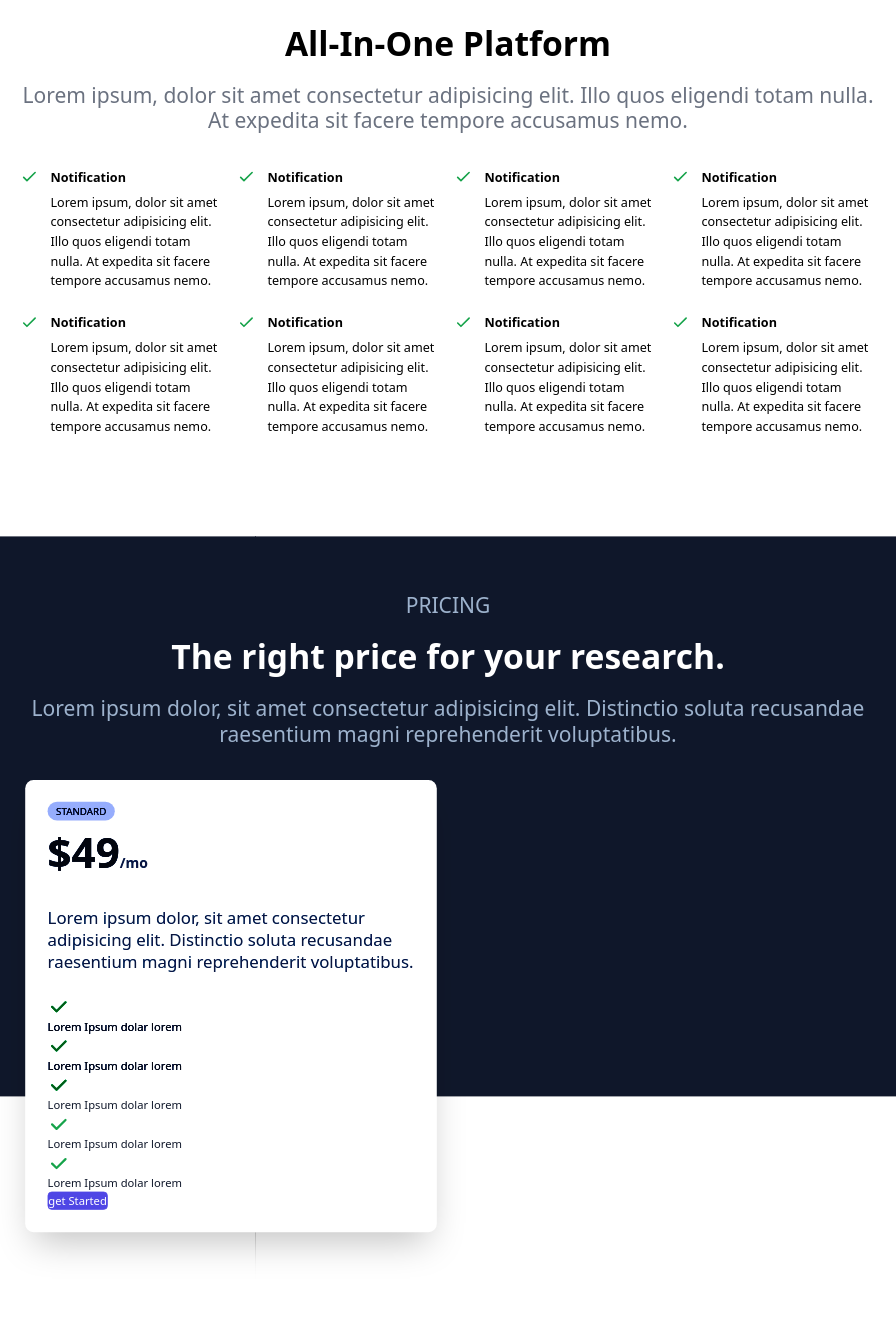
Repository: adrcstro/react-project-2
Page: /
The author's editor kept a copy of each file at every save. The page is drawn from the files as they stood at one save, then again after the next save.
The browser window is 1280 px wide. The pictures show the part of the page from y = 2236 to 4156 px (the page is 4156 px tall before and 4036 px after), at 70% of full size.
The project was rebuilt for these pictures with package versions that can differ from the ones it lists, and the page was loaded fresh each time.

Above is the page before, as saved 2024-08-16 07:59:33.

### src/index.js
import React from 'react';
import ReactDOM from 'react-dom/client';
import './index.css';
import App from './App';

const root = ReactDOM.createRoot(document.getElementById('root'));
root.render(

    <App />

);

### src/index.css
@tailwind base;
@tailwind components;
@tailwind utilities;

@layer base{
    li{
       @apply p-4
    }
    button{
        @apply text-white border bg-indigo-600 border-indigo-600
        hover:bg-transparent hover:text-indigo-600 rounded-md
    }
}

### src/App.js
import About from "./components/About";
import AllinOne from "./components/AllinOne";
import Hero from "./components/Hero";
import Navbar from "./components/Navbar";
import Pricing from "./components/Pricing";
import Support from "./components/Support";



function App() {
  return (
    <>
<Navbar/>
<Hero/>
<About />
<Support />
<AllinOne/>
<Pricing />
    </>

  );
}

export default App;

### src/components/About.jsx
import React from 'react'

function About() {
  return (
    <div className='w-full my-32'>
        <div className='max-w-[1240px] mx-auto'>
          <div className='text-center'>
            <h2 className='text-5xl font-bold'>Trusted by developers across the world</h2>
            <p className='text-3xl py6 text-gray-500 px-3'>Trusted by developers across the world, our platform stands as a reliable choice for building robust
             applications. With a global community of skilled professionals.</p>
          </div>

          <div className='grid md:grid-cols-3 gap-3 px-2 text-center mt-4'>
             <div className='border py-8 rounded-xl shadow-xl'>
              <p className='text-6xl font-bold text-indigo-600'>100%</p>
              <p className='text-gray-400 mt-2'>Completion</p>
             </div>
             <div className='border py-8 rounded-xl shadow-xl'>
              <p className='text-6xl font-bold text-indigo-600'>24/7</p>
              <p className='text-gray-400 mt-2'>Delivery</p>
             </div>
             <div className='border py-8 rounded-xl shadow-xl'>
              <p className='text-6xl font-bold text-indigo-600'>100K</p>
              <p  className='text-gray-400 mt-2'>Transaction</p>
             </div>
          </div>
        </div>
    </div>
  )
}

export default About

### src/components/AllinOne.jsx
import React from 'react'
import { CheckIcon } from '@heroicons/react/outline'
function AllinOne() {
  return (
    <div className='w-full my-32'>
        <div className='max-w-[1240px] mx-auto px-2'>
            <h2 className='text-5xl font-bold text-center'>All-In-One Platform</h2>
            <p className='text-3xl py-8 text-gray-500 text-center'>Lorem ipsum, dolor sit amet consectetur adipisicing elit. Illo quos eligendi
            totam nulla. At expedita sit facere tempore accusamus nemo.</p>
        <div className='grid sm:grid-cols-2 lg:grid-cols-4 gap-4 pt-4'>

            <div>
                <div className='flex'>
                <div>
                <CheckIcon className='w-7 mr-4 text-green-600'/>
                </div>
                    <div className=''>
                        <h3 className='font-bold text-lg'>Notification</h3>
                        <p className='text-lg pt-2 pb-4'>Lorem ipsum, dolor sit amet consectetur adipisicing elit. Illo quos eligendi
                        totam nulla. At expedita sit facere tempore accusamus nemo.</p>
                    </div>
                </div>
            </div>
            <div>
                <div className='flex'>
                <div>
                <CheckIcon className='w-7 mr-4 text-green-600'/>
                </div>
                    <div className=''>
                        <h3 className='font-bold text-lg'>Notification</h3>
                        <p className='text-lg pt-2 pb-4'>Lorem ipsum, dolor sit amet consectetur adipisicing elit. Illo quos eligendi
                        totam nulla. At expedita sit facere tempore accusamus nemo.</p>
                    </div>
                </div>
            </div>
            <div>
                <div className='flex'>
                <div>
                <CheckIcon className='w-7 mr-4 text-green-600'/>
                </div>
                    <div className=''>
                        <h3 className='font-bold text-lg'>Notification</h3>
                        <p className='text-lg pt-2 pb-4'>Lorem ipsum, dolor sit amet consectetur adipisicing elit. Illo quos eligendi
                        totam nulla. At expedita sit facere tempore accusamus nemo.</p>
                    </div>
                </div>
            </div>
            <div>
                <div className='flex'>
                <div>
                <CheckIcon className='w-7 mr-4 text-green-600'/>
                </div>
                    <div className=''>
                        <h3 className='font-bold text-lg'>Notification</h3>
                        <p className='text-lg pt-2 pb-4'>Lorem ipsum, dolor sit amet consectetur adipisicing elit. Illo quos eligendi
                        totam nulla. At expedita sit facere tempore accusamus nemo.</p>
                    </div>
                </div>
            </div>
            <div>
                <div className='flex'>
                <div>
                <CheckIcon className='w-7 mr-4 text-green-600'/>
                </div>
                    <div className=''>
                        <h3 className='font-bold text-lg'>Notification</h3>
                        <p className='text-lg pt-2 pb-4'>Lorem ipsum, dolor sit amet consectetur adipisicing elit. Illo quos eligendi
                        totam nulla. At expedita sit facere tempore accusamus nemo.</p>
                    </div>
                </div>
            </div>
            <div>
                <div className='flex'>
                <div>
                <CheckIcon className='w-7 mr-4 text-green-600'/>
                </div>
                    <div className=''>
                        <h3 className='font-bold text-lg'>Notification</h3>
                        <p className='text-lg pt-2 pb-4'>Lorem ipsum, dolor sit amet consectetur adipisicing elit. Illo quos eligendi
                        totam nulla. At expedita sit facere tempore accusamus nemo.</p>
                    </div>
                </div>
            </div>
            <div>
                <div className='flex'>
                <div>
                <CheckIcon className='w-7 mr-4 text-green-600'/>
                </div>
                    <div className=''>
                        <h3 className='font-bold text-lg'>Notification</h3>
                        <p className='text-lg pt-2 pb-4'>Lorem ipsum, dolor sit amet consectetur adipisicing elit. Illo quos eligendi
                        totam nulla. At expedita sit facere tempore accusamus nemo.</p>
                    </div>
                </div>
            </div>
            <div>
                <div className='flex'>
                <div>
                <CheckIcon className='w-7 mr-4 text-green-600'/>
                </div>
                    <div className=''>
                        <h3 className='font-bold text-lg'>Notification</h3>
                        <p className='text-lg pt-2 pb-4'>Lorem ipsum, dolor sit amet consectetur adipisicing elit. Illo quos eligendi
                        totam nulla. At expedita sit facere tempore accusamus nemo.</p>
                    </div>
                </div>
            </div>

        </div>
        </div>
    </div>
  )
}

export default AllinOne

### src/components/Hero.jsx
import React from 'react'
import {
  CloudUploadIcon,
  DatabaseIcon,
  PaperAirplaneIcon,
  ServerIcon,
} from '@heroicons/react/solid'

import bgImg from '../assets/cyber-bg.png'

function Hero() {
  return (
    <div className='w-full h-screen bg-zinc-200 flex flex-col justify-between'>
<div className='grid md:grid-cols-2 max-w-[1240px] m-auto'>
       <div className='flex flex-col justify-center md:items-start w-full px-2 py-8'>
        <p className='text-2xl'>Unique Sequencing & Production</p>
        <h1 className='py-3 text-5xl md:text-7xl font-bold'>Cloud Management</h1>
        <p className='text-2xl'>This is our Tech brand</p>
        <button className='py-3 px-6 sm:w-[60%] my-4 '>Get Started</button>
       </div>
       <div>
    <img className='w-full' src={bgImg} alt='/' />
       </div>
<div className='absolute flex flex-col py-8 md:min-w-[760px] bottom-[5%] mx-1 md:left-1/2
transform md:-translate-x-1/2 bg-zinc-200 border border-slate-300 rounded-xl text-center shadow-xl'>
  <p>Data Services</p>
  <div className='flex justify-between flex-wrap px-4'>
    <p className='flex px-4 py-2 text-slate-500'><CloudUploadIcon className='h-6 text-indigo-600' /> App Security</p>
    <p className='flex px-4 py-2 text-slate-500'><DatabaseIcon className='h-6 text-indigo-600' /> Dashboard</p>
    <p className='flex px-4 py-2 text-slate-500'><PaperAirplaneIcon className='h-6 text-indigo-600' /> Cloud Data</p>
    <p className='flex px-4 py-2 text-slate-500'><ServerIcon className='h-6 text-indigo-600' /> API</p>
  </div>
</div>
</div>
    </div>
  )
}

export default Hero

### src/components/Navbar.jsx
import React ,{useState} from 'react'
import {MenuIcon, XIcon} from '@heroicons/react/outline'

function Navbar() {

const [nav, setNav] = useState(false)
const handleClick = () => setNav(!nav)



  return (
    <div className='w-screen h-[80px] z-10 bg-zinc-200 fixed drop-shadow-lg'>
    <div className='px-2 flex justify-between items-center  w-full h-full'>
<div className='flex items-center'>
  <h1 className='text-3xl font-bold mr-4 sm:text-4xl'>BRANS.</h1>
  <ul className='hidden  md:flex'>
<li>Home</li>
<li>About</li>
<li>Support</li>
<li>Platforms</li>
<li>Pricing</li>
  </ul>
</div>
<div className='hidden md:flex pr-4'>
  <button className='border-none bg-transparent text-black mr-4'>Sign In</button>
  <button className='px-8 py-3'>Sign Up</button>
</div>

    <div  className='md:hidden mr-4' onClick={handleClick}>
    {!nav ? <MenuIcon className="w-5"/> : <XIcon className='w-5'/>}

    </div>
    </div>
<ul className={!nav ? 'hidden' : 'absolute bg-zinc-200 w-full px-8'}>
<li className='border-b-2 border-zinc-300 w-full'>Home</li>
<li className='border-b-2 border-zinc-300 w-full'>About</li>
<li className='border-b-2 border-zinc-300 w-full'>Support</li>
<li className='border-b-2 border-zinc-300 w-full'>Platforms</li>
<li className='border-b-2 border-zinc-300 w-full'>Pricing</li>
<div className='flex flex-col my-4'>
<button className='bg-transparent  text-indigo-600 px-8 py-3 mb-4'>Sign In</button>
<button className='px-8 py-3'>Sign Up</button>
</div>
</ul>

    </div>

  )
}

export default Navbar

### src/components/Pricing.jsx
import React from 'react'
import { CheckIcon } from '@heroicons/react/solid'
function Pricing() {
  return (
    <div className='w-full text-white my-24'>
        <div className='w-full h-[800px] bg-slate-900 absolute mix-blend-overlay'></div>
        <div className='max-w-[1240px] mx-auto py-12'>
        <div className='text-center py-8 text-slate-300'>
            <h2 className='text-3xl uppercase' >Pricing</h2>
            <h3 className='text-5xl font-bold text-white py-8'>The right price for your
            research.</h3>
            <p className='text-3xl '>Lorem ipsum dolor, sit amet consectetur
             adipisicing elit. Distinctio soluta recusandae
             raesentium magni reprehenderit voluptatibus.</p>
        </div>

       <div className='grid md:grid-cols-2 '>
        <div className='bg-white text-slate-900 m-4 p-8 rounded-xl shadow-2xl'>
            <span className='uppercase px-3 py-1 bg-indigo-200 rounded-2xl text-sm'>Standard</span>
            <div>
                <p className='text-6xl font-bold py-4 flex'>$49<span className='text-xl text-slate-500 flex flex-col justify-end'>/mo</span></p>
            </div>
            <p className='text-2xl py-8 text-slate-500'>Lorem ipsum dolor, sit amet consectetur
             adipisicing elit. Distinctio soluta recusandae
             raesentium magni reprehenderit voluptatibus.</p>
             <div>
                <p><CheckIcon className='w-8 mr-5 text-green-600'/> Lorem Ipsum dolar lorem</p>
                <p><CheckIcon className='w-8 mr-5 text-green-600'/> Lorem Ipsum dolar lorem</p>
                <p><CheckIcon className='w-8 mr-5 text-green-600'/> Lorem Ipsum dolar lorem</p>
                <p><CheckIcon className='w-8 mr-5 text-green-600'/> Lorem Ipsum dolar lorem</p>
                <p><CheckIcon className='w-8 mr-5 text-green-600'/> Lorem Ipsum dolar lorem</p>
                <button>get Started</button>
             </div>
        </div>
       </div>



        </div>
    </div>
  )
}

export default Pricing

### src/components/Support.jsx
import React from 'react'
import {PhoneIcon, ArrowSmRightIcon} from '@heroicons/react/outline';
import {ChipIcon, SupportIcon} from '@heroicons/react/solid'

import supportImg from '../assets/support.jpg'
function Support() {
  return (
    <div className='w-full  mt-24'>
        <div className='w-full h-[700px] bg-gray-900/90 absolute'>
            <img className='w-full h-full object-cover mix-blend-overlay' src={supportImg} alt='/' />
        </div>
        <div className='w-max-w-[1240px] mx-auto text-white relative'>
            <div className='px-4 py-12'>
                <h2 className='text-3xl pt-8 text-slate-300 uppercase text-center'>Support</h2>
                <h3 className='text-5xl font-bold py-6 text-center'>Finding the right team</h3>
                <p className='py-4 text-3xl text-center text-slate-300 '>With a global community of skilled professionals, we ensure top-notch support and continuous innovation. Join thousands
                 who trust us to elevate their development projects to new heights</p>
            </div>


            <div className='grid grid-cols-1 lg:grid-cols-3 relative gap-x-8 gap-y-16 px-4 pt-12 sm:pt-20 text-black'>
            <div className='bg-white rounded-xl shadow-2xl'>
                 <div className='p-8'>
                    <PhoneIcon className='w-16 p-4 bg-indigo-600 text-white rounded-lg mt-[-4rem]'/>
                    <h3 className='font-bold text-2xl my-6'>Sales</h3>
                    <p className='text-gray-600 text-xl '>With a global community of skilled professionals, we ensure top-notch support and continuous innovation. Join thousands who trust us to elevate their development projects to new heights</p>
                 </div>
                 <div className='bg-slate-100 pl-8 py-4'>
                    <p className='flex items-center text-indigo-600'>Contact Us <ArrowSmRightIcon className='w-5 ml-2'/> </p>
                 </div>
            </div>
            <div className='bg-white rounded-xl shadow-2xl'>
                 <div className='p-8'>
                    <SupportIcon className='w-16 p-4 bg-indigo-600 text-white rounded-lg mt-[-4rem]'/>
                    <h3 className='font-bold text-2xl my-6'>Technical Support</h3>
                    <p className='text-gray-600 text-xl '>With a global community of skilled professionals, we ensure top-notch support and continuous innovation. Join thousands who trust us to elevate their development projects to new heights</p>
                 </div>
                 <div className='bg-slate-100 pl-8 py-4'>
                    <p className='flex items-center text-indigo-600'>Contact Us <ArrowSmRightIcon className='w-5 ml-2'/> </p>
                 </div>
            </div>
            <div className='bg-white rounded-xl shadow-2xl'>
                 <div className='p-8'>
                    <ChipIcon className='w-16 p-4 bg-indigo-600 text-white rounded-lg mt-[-4rem]'/>
                    <h3 className='font-bold text-2xl my-6'>Media Inquiries</h3>
                    <p className='text-gray-600 text-xl '>With a global community of skilled professionals, we ensure top-notch support and continuous innovation. Join thousands who trust us to elevate their development projects to new heights</p>
                 </div>
                 <div className='bg-slate-100 pl-8 py-4'>
                    <p className='flex items-center text-indigo-600'>Contact Us <ArrowSmRightIcon className='w-5 ml-2'/> </p>
                 </div>
            </div>
        </div>
    </div>
    </div>
  )
}

export default Support

Loaded but not shown: public/index.html (common file); tailwind.config.js (common file)

After the next save:
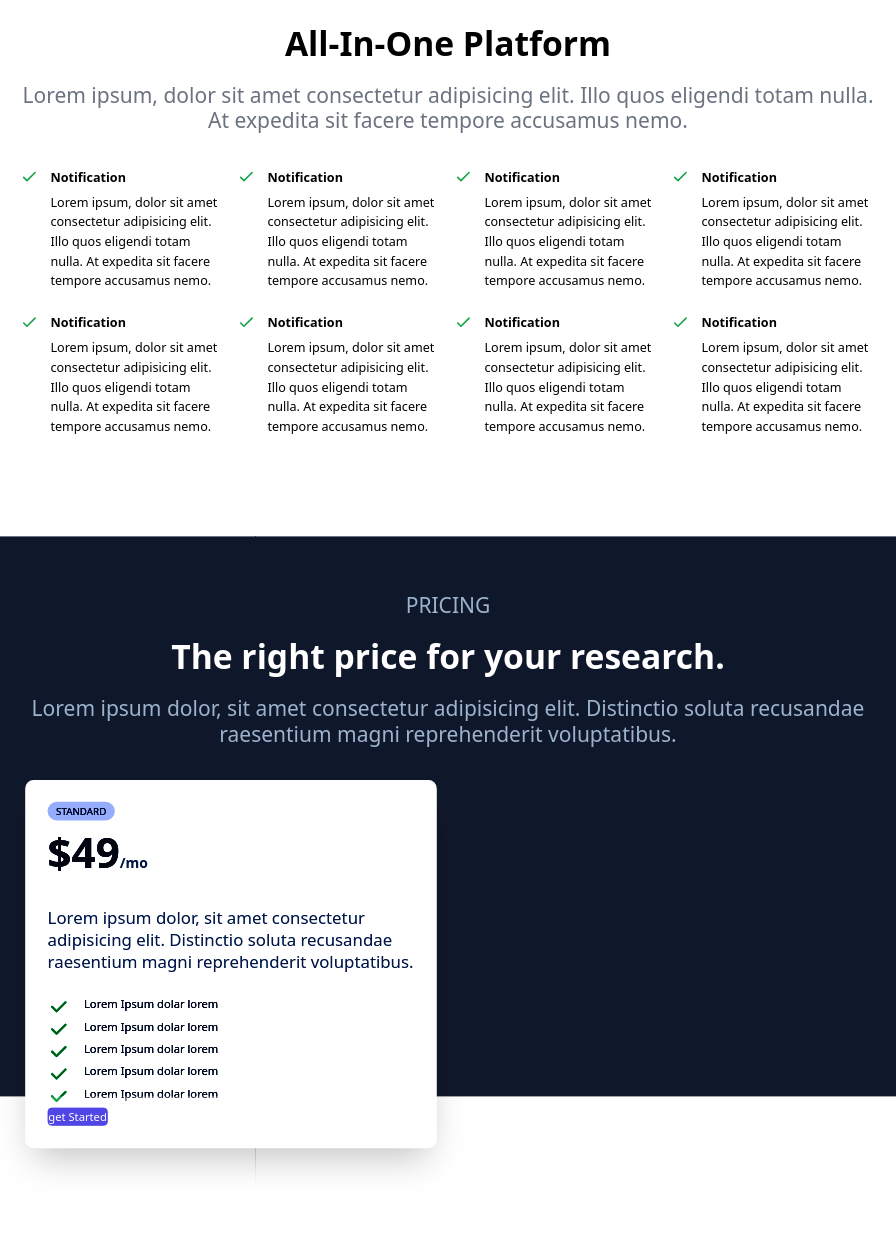
Saved 35 s later.
--- a/src/components/Pricing.jsx
+++ b/src/components/Pricing.jsx
@@ -24,11 +24,11 @@ function Pricing() {
              adipisicing elit. Distinctio soluta recusandae
              raesentium magni reprehenderit voluptatibus.</p>
              <div>
-                <p><CheckIcon className='w-8 mr-5 text-green-600'/> Lorem Ipsum dolar lorem</p>
-                <p><CheckIcon className='w-8 mr-5 text-green-600'/> Lorem Ipsum dolar lorem</p>
-                <p><CheckIcon className='w-8 mr-5 text-green-600'/> Lorem Ipsum dolar lorem</p>
-                <p><CheckIcon className='w-8 mr-5 text-green-600'/> Lorem Ipsum dolar lorem</p>
-                <p><CheckIcon className='w-8 mr-5 text-green-600'/> Lorem Ipsum dolar lorem</p>
+                <p className='flex'><CheckIcon className='w-8 mr-5 text-green-600'/> Lorem Ipsum dolar lorem</p>
+                <p className='flex'><CheckIcon className='w-8 mr-5 text-green-600'/> Lorem Ipsum dolar lorem</p>
+                <p className='flex'><CheckIcon className='w-8 mr-5 text-green-600'/> Lorem Ipsum dolar lorem</p>
+                <p className='flex'><CheckIcon className='w-8 mr-5 text-green-600'/> Lorem Ipsum dolar lorem</p>
+                <p className='flex'><CheckIcon className='w-8 mr-5 text-green-600'/> Lorem Ipsum dolar lorem</p>
                 <button>get Started</button>
              </div>
         </div>
